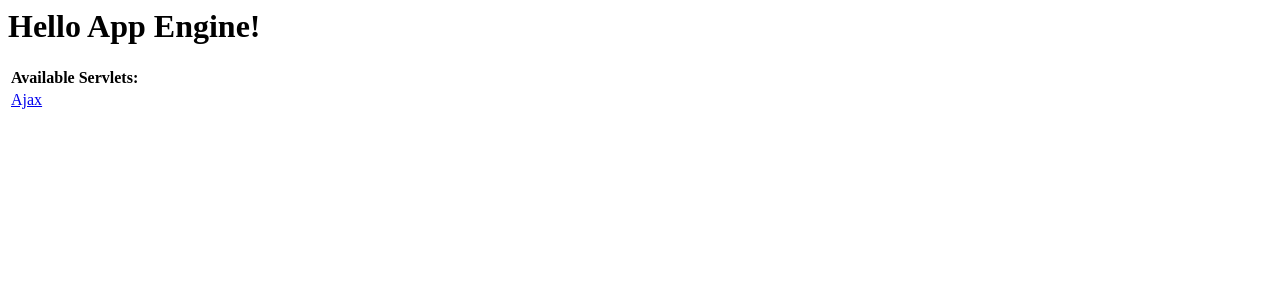
Repository: dhanasekar13/servlet
Page: ajax/war/index.html
The author's editor kept a copy of each file at every save. The page is drawn from the files as they stood at one save, then again after the next save.
The browser window is 1280 px wide. The pictures show the whole page.

Above is the page before, as saved 2017-05-11 07:40:08.

### ajax/war/index.html
<!DOCTYPE HTML PUBLIC "-//W3C//DTD HTML 4.01 Transitional//EN">
<!-- The HTML 4.01 Transitional DOCTYPE declaration-->
<!-- above set at the top of the file will set     -->
<!-- the browser's rendering engine into           -->
<!-- "Quirks Mode". Replacing this declaration     -->
<!-- with a "Standards Mode" doctype is supported, -->
<!-- but may lead to some differences in layout.   -->

<html>
  <head>
    <meta http-equiv="content-type" content="text/html; charset=UTF-8">
    <title>Hello App Engine</title>
  </head>

  <body>
    <h1>Hello App Engine!</h1>

    <table>
      <tr>
        <td colspan="2" style="font-weight:bold;">Available Servlets:</td>
      </tr>
      <tr>
        <td><a href="ajax">Ajax</a></td>
      </tr>
    </table>
  </body>
</html>

After the next save:
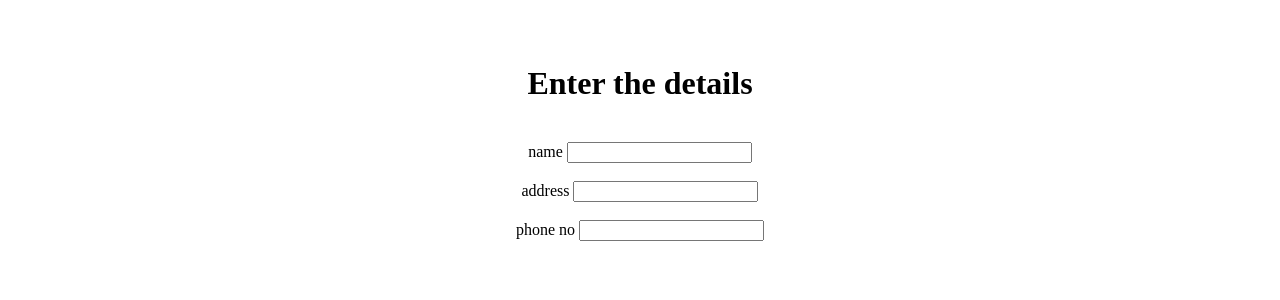
Saved 6 min 12 s later.
--- a/ajax/war/index.html
+++ b/ajax/war/index.html
@@ -7,21 +7,35 @@
 <!-- but may lead to some differences in layout.   -->
 
 <html>
-  <head>
-    <meta http-equiv="content-type" content="text/html; charset=UTF-8">
-    <title>Hello App Engine</title>
-  </head>
+<head>
+<meta http-equiv="content-type" content="text/html; charset=UTF-8">
+<title>Hello App Engine</title>
+<script type="text/html">
+function a()
+{
 
-  <body>
-    <h1>Hello App Engine!</h1>
+}
+</script>
+</head>
 
-    <table>
-      <tr>
-        <td colspan="2" style="font-weight:bold;">Available Servlets:</td>
-      </tr>
-      <tr>
-        <td><a href="ajax">Ajax</a></td>
-      </tr>
-    </table>
-  </body>
+<body>
+ <br>
+ <br>
+ <center>
+ <h1>Enter the details</h1>
+ <br>
+ <form  method="get" action="a()">
+ name
+ <input type="text" name="a1"/>
+ <div id="b1"></div><br>
+ address
+ <input type="text" name="a2"/>
+  <div id="b2"></div><br>
+ phone no
+ <input type ="text" name="a3"/>
+  <div id="b3"></div><br>
+
+ </form>
+  </center>
+</body>
 </html>
